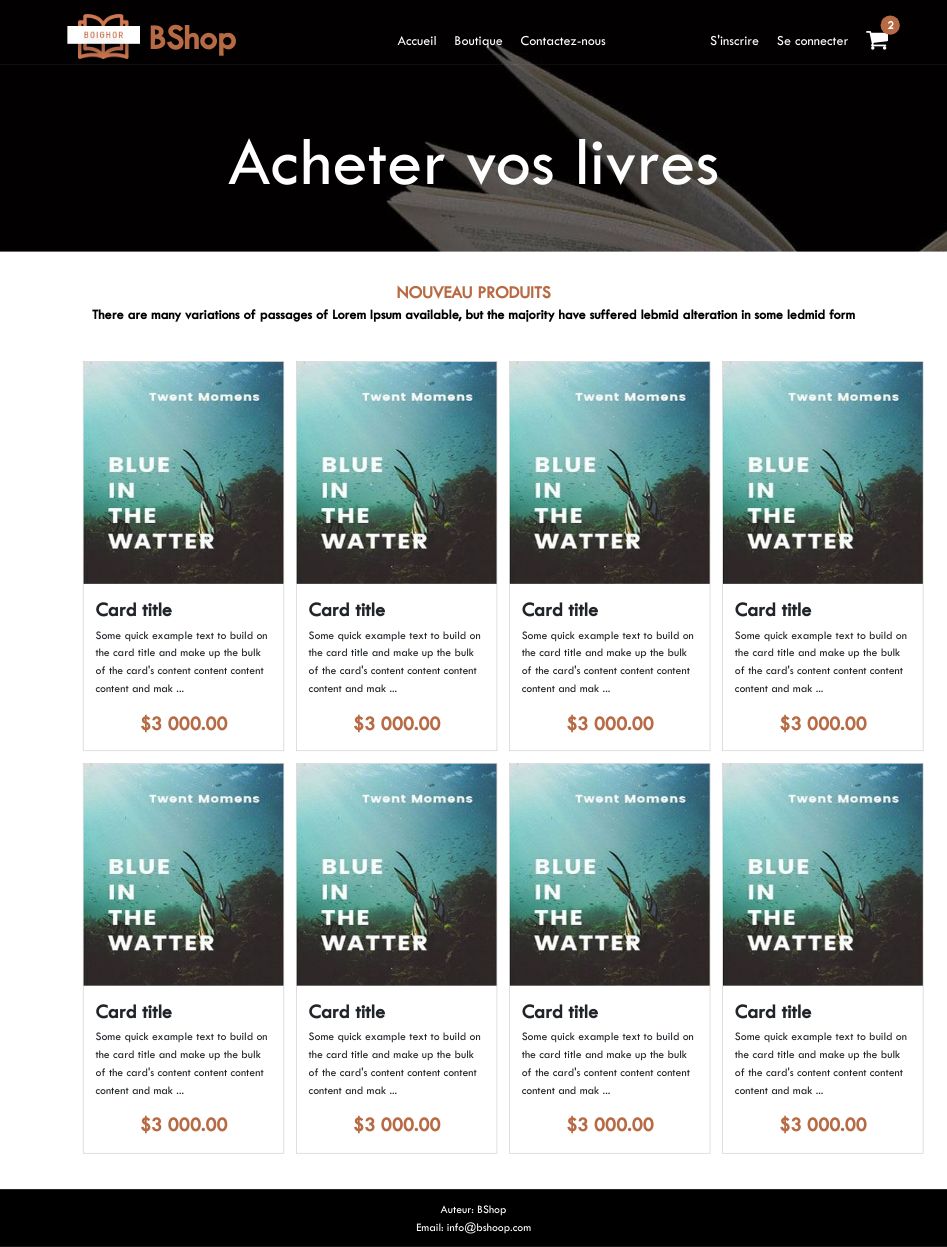
Repository: padevft/e-commerce-php
Page: http://localhost/
An editor plug-in stored every save of this project. The page is shown before and after the next save, followed by the edit.
The browser window is 1280 px wide. The pictures show the whole page, at 74% of full size.
The page is run by PHP 8.4 with error messages shown; the project is at /var/www/html/.

Above is the page before, as saved 2023-09-18 02:11:30.

After the next save:
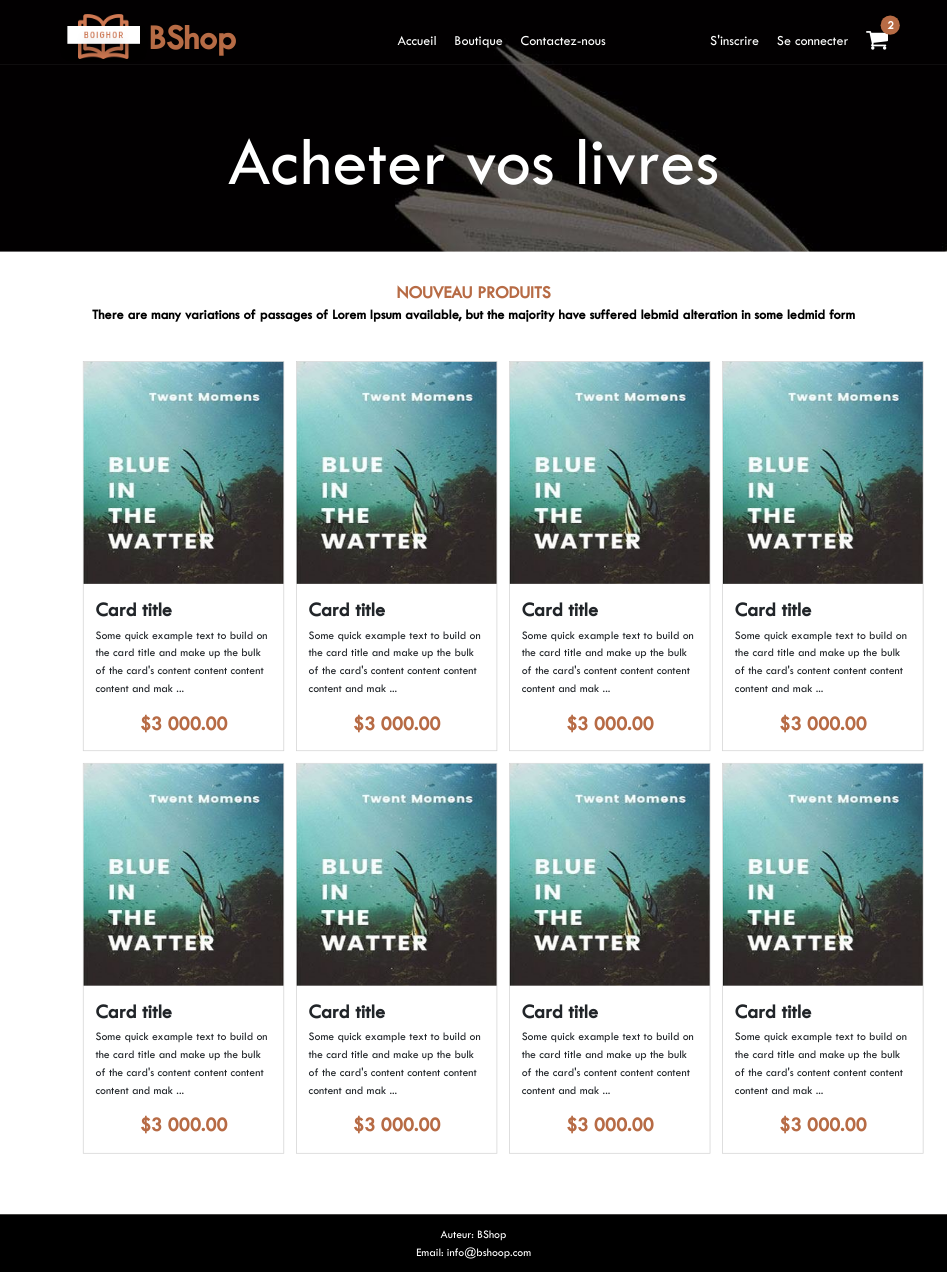
Saved 116 s later.
--- a/index.php
+++ b/index.php
@@ -42,6 +42,9 @@ require_once('server/includes/utilitaires.inc.php');
             <?php endforeach; ?>
           </div>
         </div>
+        <div class="d-flex align-items-center justify-content-center">
+          <a href="./index.html" class="menu-item px-3">Voir plus</a>
+        </div>
       </div>
   </div>
   </main>
